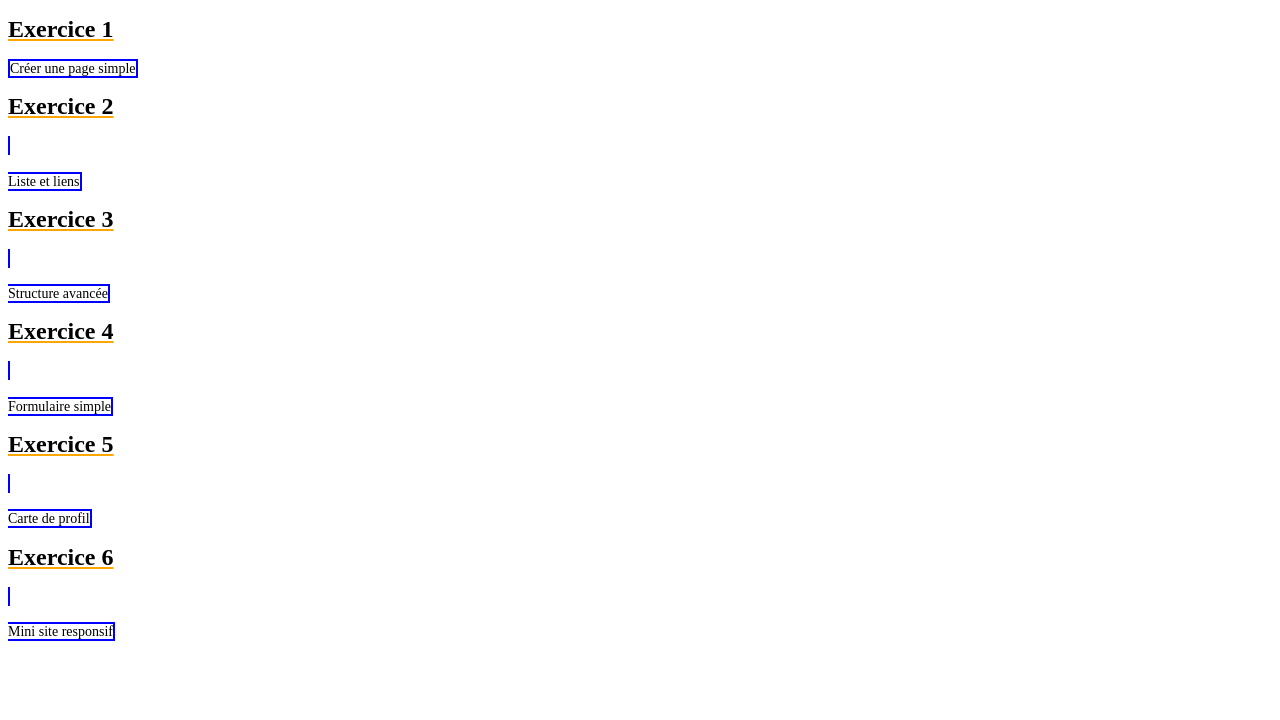
Repository: AnnaSpirit/Mimo_App
Page: Exercices_HTML&CSS.html
The author's editor kept a copy of each file at every save. The page is drawn from the files as they stood at one save, then again after a run of saves.
The browser window is 1280 px wide. The pictures show the whole page.

Above is the page before, as saved 2024-12-05 16:23:00.

After the next 3 saves:
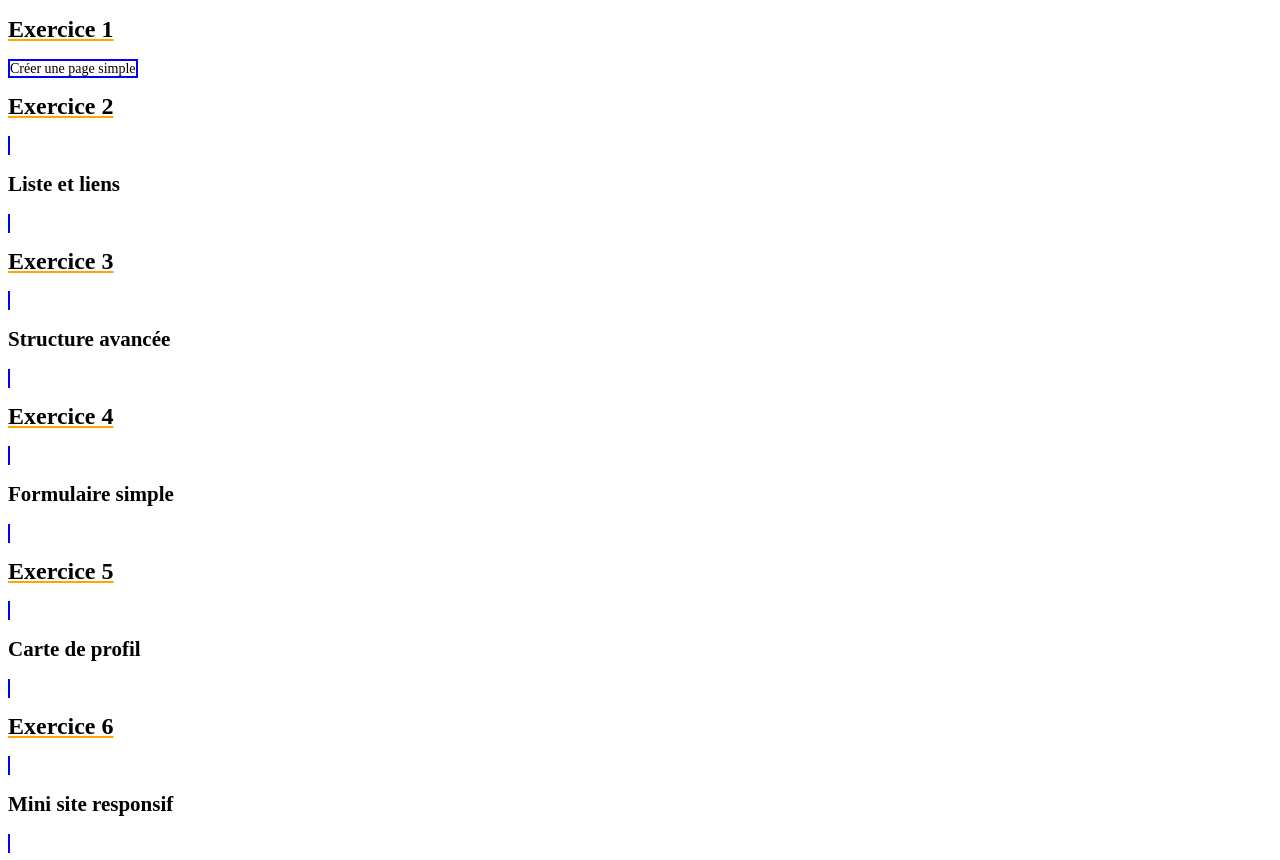
The 3 saves are shown as one change because they came seconds apart.
The last was saved 31 s later.
--- a/Exercices_HTML&CSS.html
+++ b/Exercices_HTML&CSS.html
@@ -12,23 +12,23 @@
     </div>
     <div><h1>Exercice 2</h1>
     <span class="Consigne">
-        <h2></h2>Liste et liens</span>
+        <h2>Liste et liens</span>
     </div>
     <div><h1>Exercice 3</h1>
     <span class="Consigne">
-        <h2></h2>Structure avancée</span>
+        <h2>Structure avancée</span>
     </div>
     <div><h1>Exercice 4</h1>
     <span class="Consigne">
-        <h2></h2>Formulaire simple</span>
+        <h2>Formulaire simple</span>
     </div>
     <div><h1>Exercice 5</h1>
     <span class="Consigne">
-        <h2></h2>Carte de profil</span>
+        <h2>Carte de profil</span>
     </div>
     <div><h1>Exercice 6</h1>
     <span class="Consigne">
-        <h2></h2>Mini site responsif</span>
+        <h2>Mini site responsif</span>
     </div>
 </body>
 </html>
